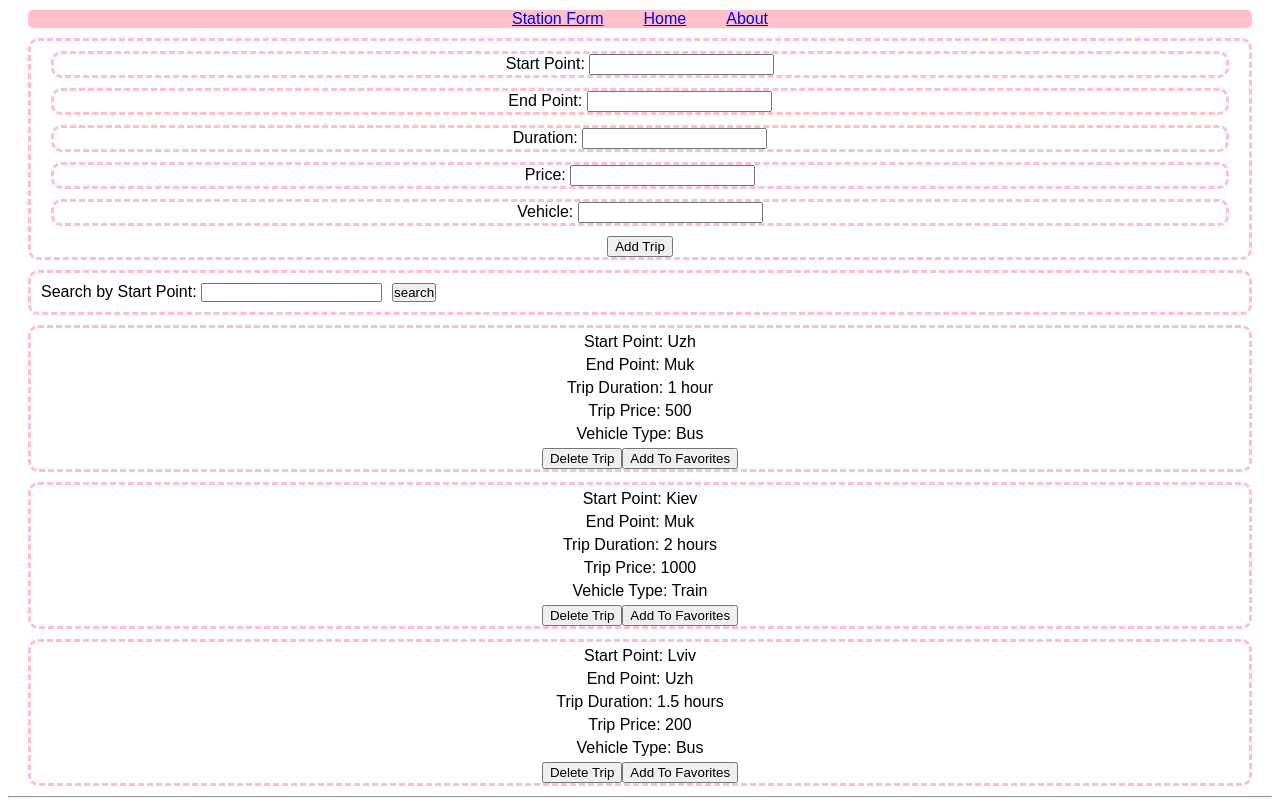
Repository: rutsguifd/mkr2
Page: /#/station-form
These files come from the project's save history. The page is drawn as it stood at one moment and after the next save; the edit follows.
The browser window is 1280 px wide. The pictures show the whole page.
The project was rebuilt for these pictures with package versions that can differ from the ones it lists, and the page was loaded fresh each time. Also part of the build but not shown: src/views/Home.vue, src/views/About.vue, src/components/FavoriteTrips.vue.

Above is the page before, as saved 2021-12-22 00:21:33.

After the next save:
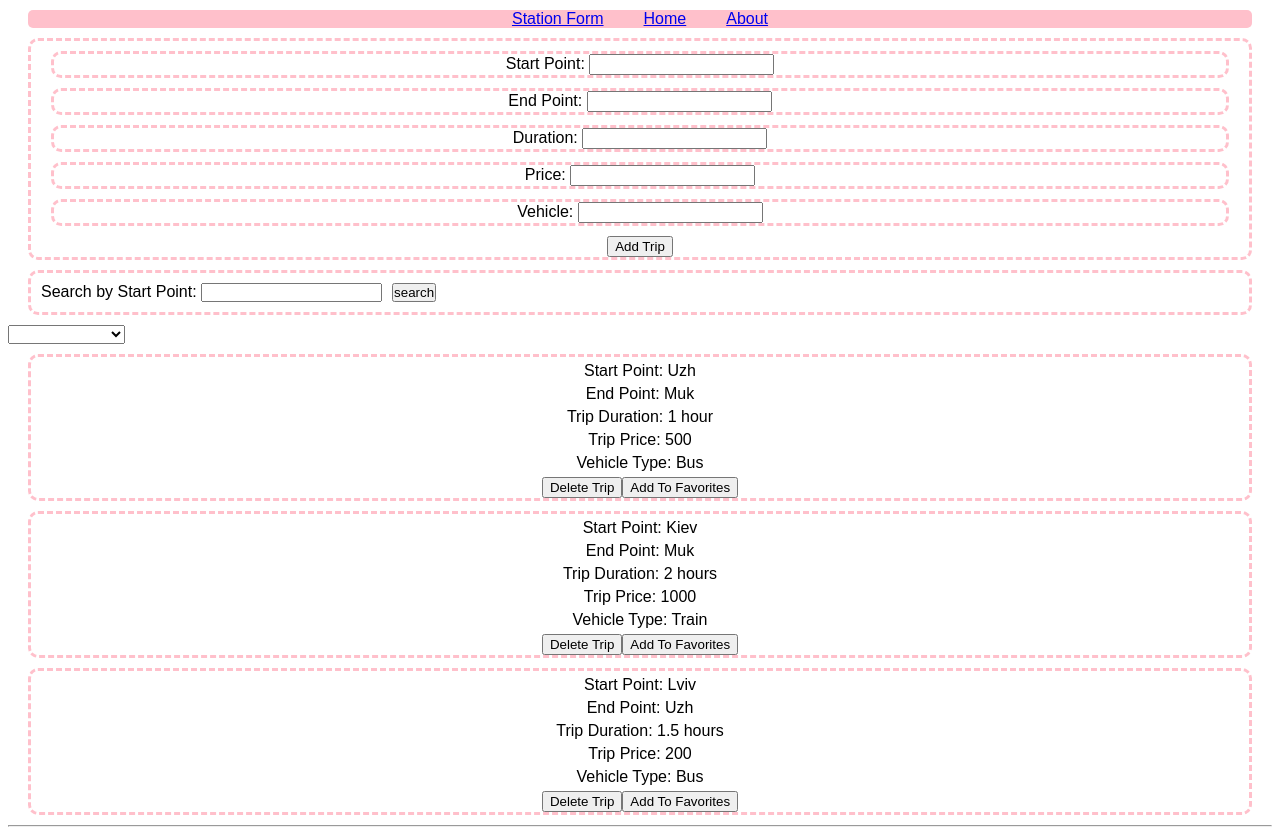
Saved 12 min 18 s later.
--- a/src/views/StationForm.vue
+++ b/src/views/StationForm.vue
@@ -8,6 +8,12 @@
         <input type="text" v-model="search" />
         <button @click="srch">search</button>
       </label>
+    </div>
+    <div class="sort">
+      <select v-model="select">
+        <option>lower price first</option>
+        <option>higher price first</option>
+      </select>
     </div>
     <trip-card v-for="(trip, ind) in AllTrips" :key="ind" :trip="trip" />
     <hr />
@@ -36,6 +42,7 @@ export default {
   data() {
     return {
       search: "",
+      select: "",
     };
   },
   computed: {
@@ -47,7 +54,8 @@ export default {
     ...mapMutations(["searchTitle"]),
     srch() {
       this.searchTitle(this.search);
-      this.filter()
+      this.filter();
+      console.log(this.select)
     },
   },
 };
@@ -60,13 +68,13 @@ export default {
   box-sizing: border-box;
   font-family: "Fira Sans", sans-serif;
 }
-.search{
-    margin: 10px 20px;
-    padding: 10px 10px;
-    border: 3px dashed pink;
-    border-radius: 10px;
-    button{
-        margin-left: 10px;
-    }
+.search {
+  margin: 10px 20px;
+  padding: 10px 10px;
+  border: 3px dashed pink;
+  border-radius: 10px;
+  button {
+    margin-left: 10px;
+  }
 }
 </style>
